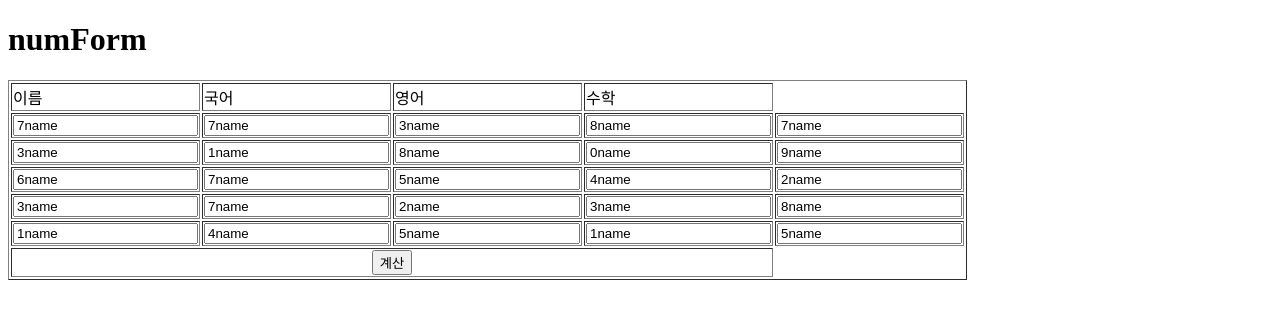
Repository: Jhoon0211/java_work
Page: http://localhost/jspProj/request/numForm2.jsp
The author's editor kept a copy of each file at every save. The page is drawn from the files as they stood at one save, then again after the next save.
The browser window is 1280 px wide. The pictures show the whole page.
The page is served by Tomcat 9.

Above is the page before, as saved 2023-07-27 09:25:23.

After the next save:
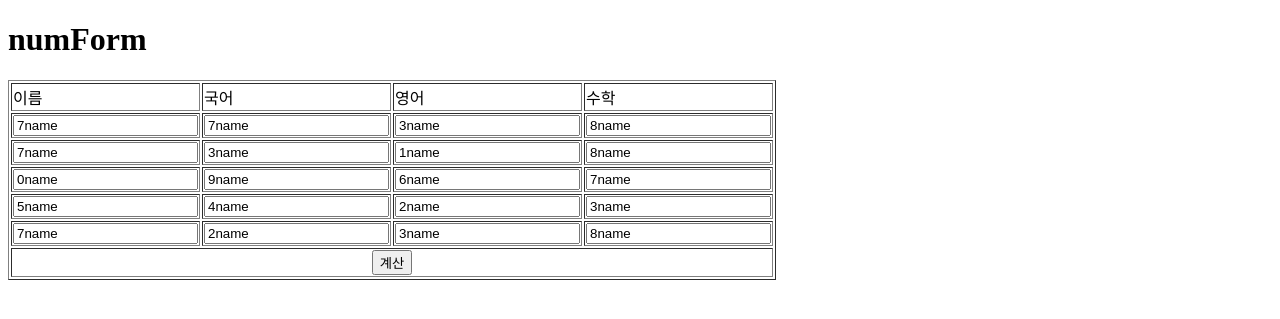
Saved 9 s later.
--- a/jspProj/src/main/webapp/request/numForm2.jsp
+++ b/jspProj/src/main/webapp/request/numForm2.jsp
@@ -53,7 +53,6 @@
 
 				<td><input type="text" name="student" value="<%=(int)(Math.random()*10) + "name" %>"/></td>
 
-				<td><input type="text" name="student" value="<%=(int)(Math.random()*10) + "name" %>"/></td>
 			</tr>
 			<%} %>
 
